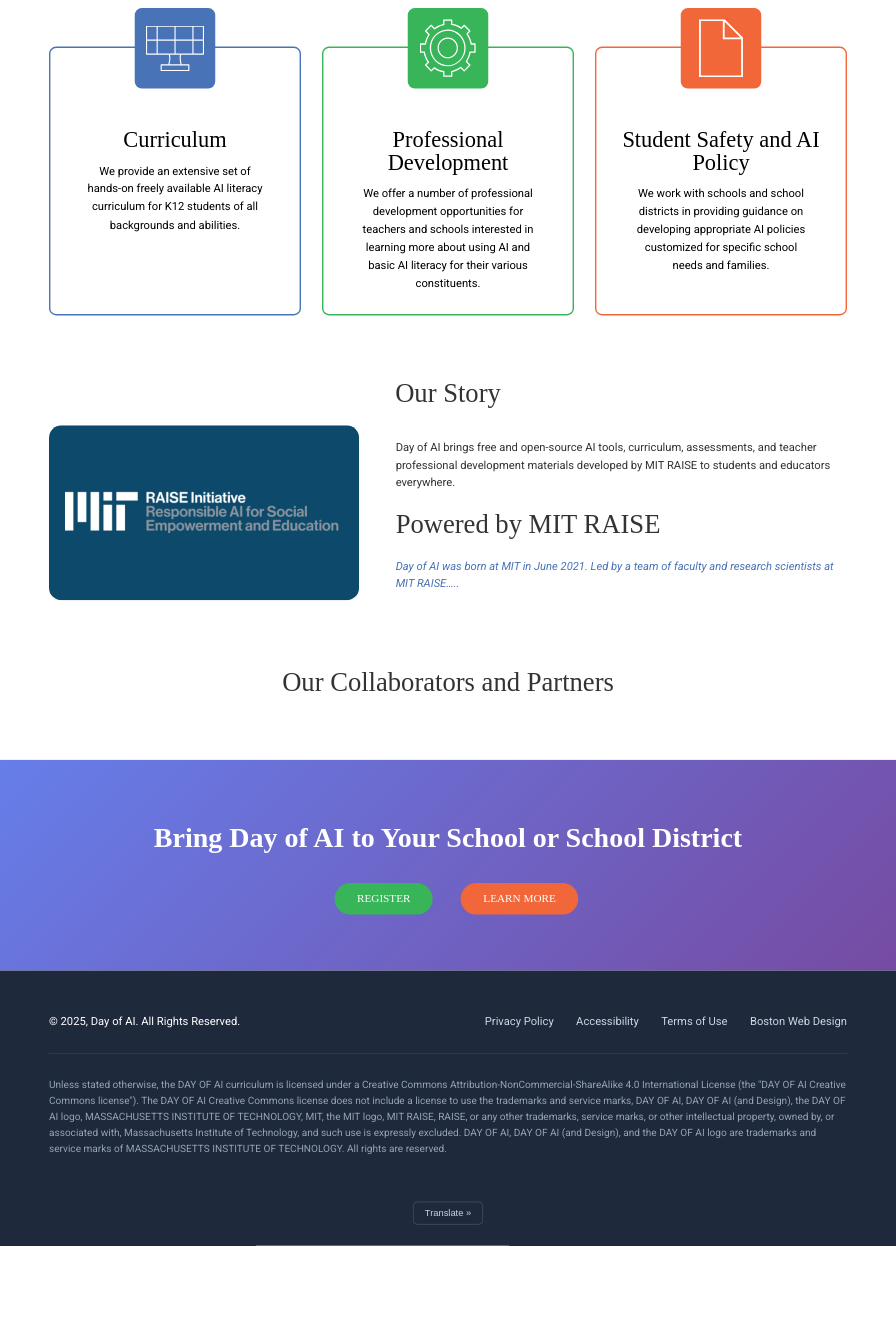
Repository: dinhtri123/dayofai
Page: index.html
These files come from the project's save history. The page is drawn as it stood at one moment and after the next save; the edit follows.
The browser window is 1280 px wide. The pictures show the part of the page from y = 1522 to 3442 px (the page is 3416 px tall before and 3442 px after), at 70% of full size.
A picture or video elsewhere on the page could not be fetched, so the positions and the page height are approximate. Some web fonts or font styles are not loaded; a fallback is used.

Above is the page before, as saved 2025-06-29 19:24:11.

After the next save:
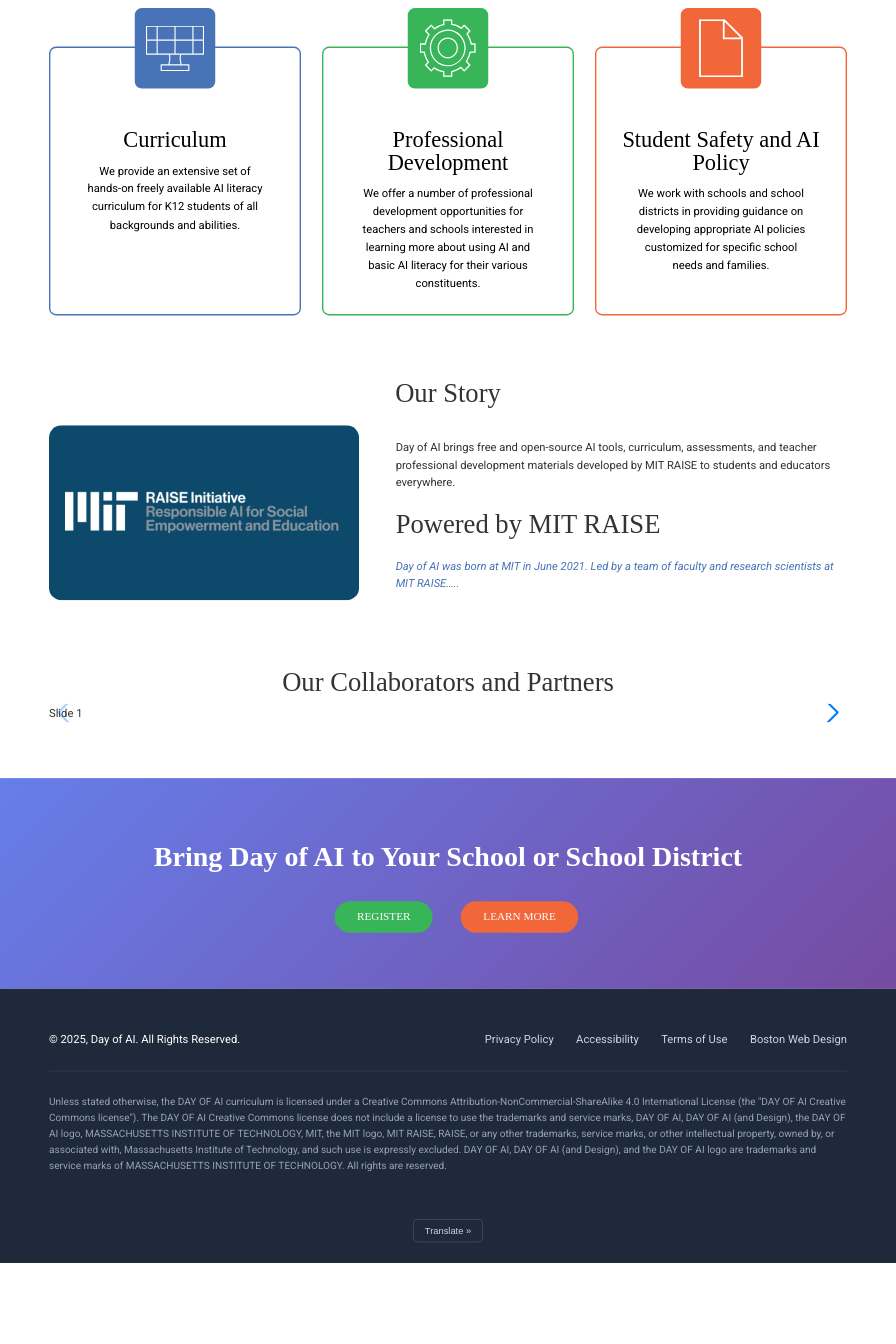
Saved 13 s later.
--- a/index.html
+++ b/index.html
@@ -195,7 +195,21 @@
     <section class="partners">
       <div class="container">
         <h2 class="title-common">Our Collaborators and Partners</h2>
-
+        <div class="swiper mySwiper">
+          <div class="swiper-wrapper">
+            <div class="swiper-slide">Slide 1</div>
+            <div class="swiper-slide">Slide 2</div>
+            <div class="swiper-slide">Slide 3</div>
+            <div class="swiper-slide">Slide 4</div>
+            <div class="swiper-slide">Slide 5</div>
+            <div class="swiper-slide">Slide 6</div>
+            <div class="swiper-slide">Slide 7</div>
+            <div class="swiper-slide">Slide 8</div>
+            <div class="swiper-slide">Slide 9</div>
+          </div>
+          <div class="swiper-button-next"></div>
+          <div class="swiper-button-prev"></div>
+        </div>
       </div>
     </section>
     <!-- CTA Section -->
